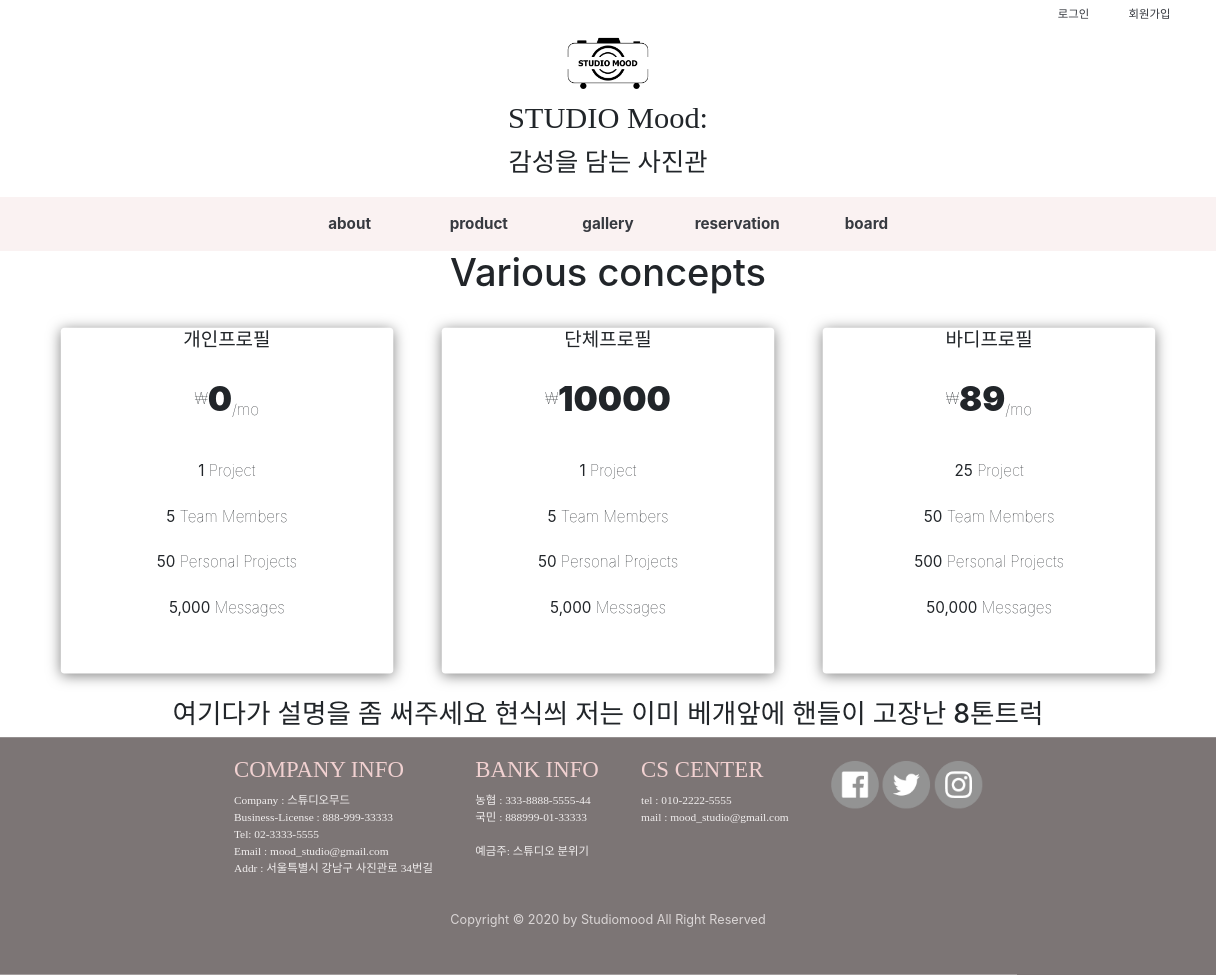
Repository: seugju/HSDsemi
Page: http://localhost/studioMood/views/product/productTest.jsp
The author's editor kept a copy of each file at every save. The page is drawn from the files as they stood at one save, then again after the next save.
The browser window is 1280 px wide. The pictures show the whole page, at 95% of full size.
Some web fonts or font styles are not loaded; a fallback is used. The page is served by Tomcat 9.

Above is the page before, as saved 2020-12-02 16:38:39.

After the next save:
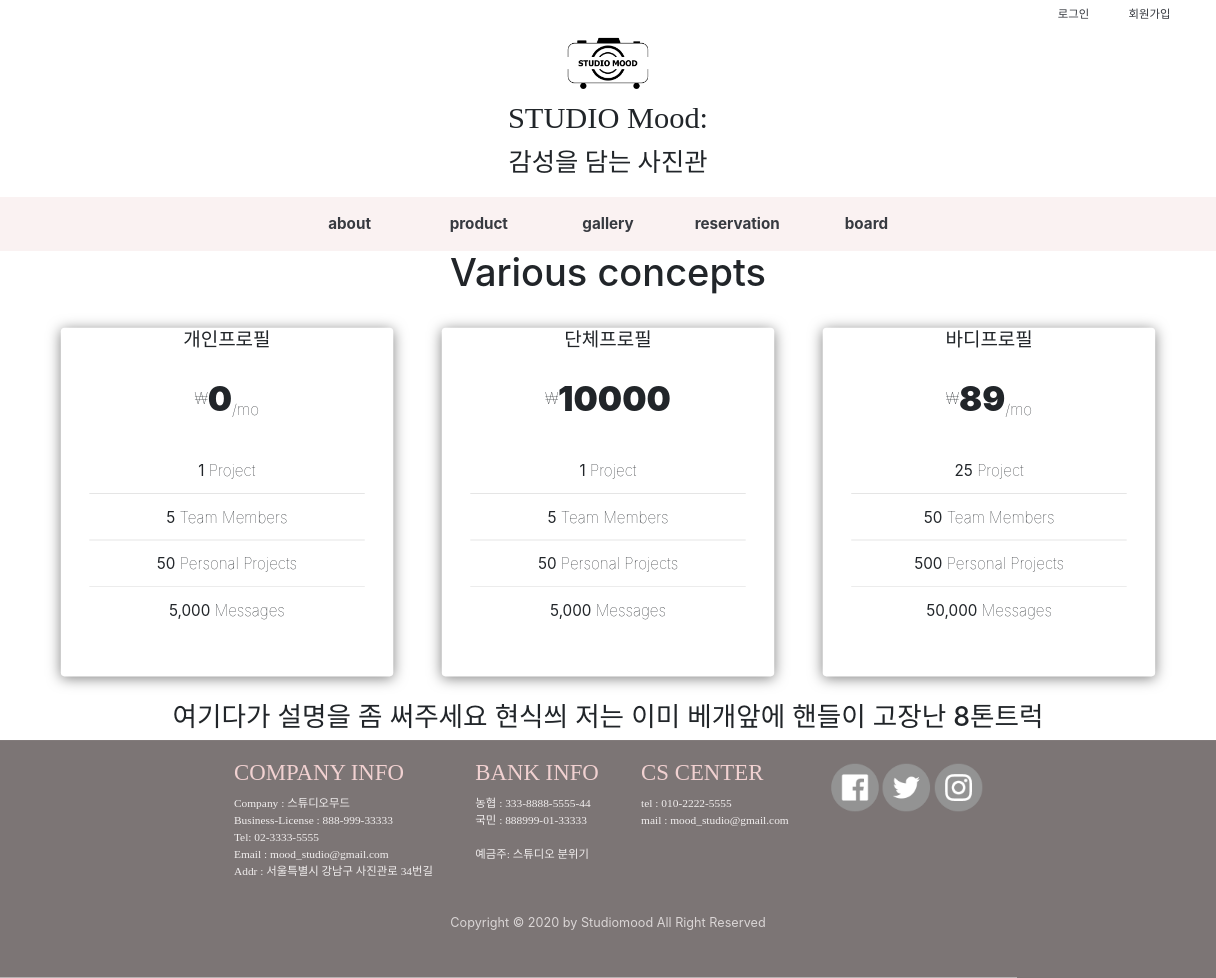
Saved 31 s later.
--- a/project-workspace/studioMood/WebContent/views/product/productTest.jsp
+++ b/project-workspace/studioMood/WebContent/views/product/productTest.jsp
@@ -48,6 +48,21 @@
 	padding: 12px 0;
 	font-weight: 100;
 }
+.features-list li:not(:last-of-type) {
+	border-bottom: 1px solid rgba(0, 0, 0, 0.1);
+}
+.btn-primary {
+	border-radius: 25px;
+	border: none;
+	background-color: #EC1362;
+	color: #ffffff;
+	cursor: pointer;
+	padding: 10px 15px;
+	margin-top: 20px;
+	text-transform: uppercase;
+	transition: all 0.1s ease-in-out;
+}
+
 </style>
 <body>
 <%@ include file="/WEB-INF/views/common/header.jsp" %>
